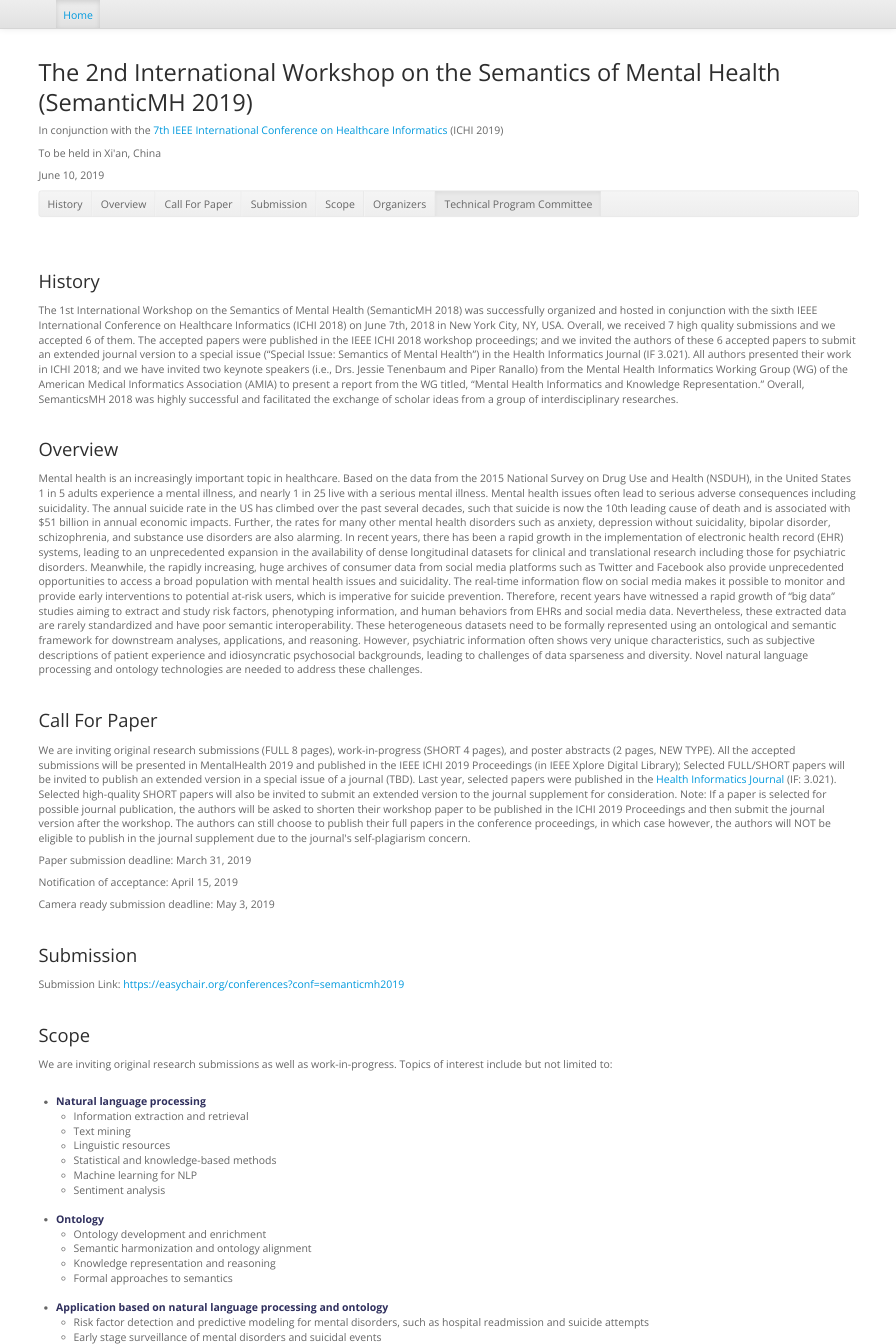
Repository: bianjiang/semantics-powered.org
Page: ISSWHR-2020/index.html
The author's editor kept a copy of each file at every save. The page is drawn from the files as they stood at one save, then again after a run of saves.
The browser window is 1280 px wide. The pictures show the part of the page from y = 0 to 1920 px (the page is 3041 px tall), at 70% of full size.
Some web libraries are served in a nearby version.

Above is the page before, as saved 2019-10-26 16:39:50.
Console error (its wording comes from the project's code and is left out).

### ISSWHR-2020/index.html
<!DOCTYPE html>
<!--[if lt IE 7]>      <html class="no-js lt-ie9 lt-ie8 lt-ie7"> <![endif]-->
<!--[if IE 7]>         <html class="no-js lt-ie9 lt-ie8"> <![endif]-->
<!--[if IE 8]>         <html class="no-js lt-ie9"> <![endif]-->
<!--[if gt IE 8]><!-->
<html class="no-js">
<!--<![endif]-->

<head>
  <meta charset="utf-8">
  <meta http-equiv="X-UA-Compatible" content="IE=edge,chrome=1">
  <title></title>
  <meta name="description" content="">
  <meta name="viewport" content="width=device-width">

  <link rel="stylesheet" href="css/bootstrap.min.css">
  <style>
    body {
      padding-top: 60px;
      padding-bottom: 40px;
    }
  </style>
  <link rel="stylesheet" href="css/bootstrap-responsive.min.css">
  <link rel="stylesheet" href="css/main.css">

  <script src="js/vendor/modernizr-2.6.2-respond-1.1.0.min.js"></script>
</head>

<body class="preview" id="top" data-spy="scroll" data-target=".subnav" data-offset="80">
  <!--[if lt IE 7]>
            <p class="chromeframe">You are using an <strong>outdated</strong> browser. Please <a href="http://browsehappy.com/">upgrade your browser</a> or <a href="http://www.google.com/chromeframe/?redirect=true">activate Google Chrome Frame</a> to improve your experience.</p>
        <![endif]-->

  <!-- This code is taken from http://twitter.github.com/bootstrap/examples/hero.html -->

  <div class="navbar navbar-fixed-top">
    <div class="navbar-inner">
      <div class="container">

        <a class="btn btn-navbar" data-toggle="collapse" data-target=".nav-collapse">
                        <span class="icon-bar"></span>
                        <span class="icon-bar"></span>
                        <span class="icon-bar"></span>
                    </a>
        <a class="brand" href="#">&nbsp;</a>
        <div class="nav-collapse collapse">
          <ul class="nav">
            <li class="active"><a href="#">Home</a></li>
            <!--
                            <li><a href="#aboutxx">About</a></li>
                            <li><a href="#contact">Contact</a></li>
                            -->
          </ul>
        </div>

      </div>

    </div>
  </div>

  <div class="container">

    <!-- Main hero unit for a primary marketing message or call to action -->
    <!--
            <div class="hero-unit">
                <h1>Hello, world!</h1>
                <p>This is a template for a simple marketing or informational website. It includes a large callout called the hero unit and three supporting pieces of content. Use it as a starting point to create something more unique.</p>
                <p><a class="btn btn-primary btn-large">Learn more &raquo;</a></p>
            </div>
            -->
    <!-- Masthead
================================================== -->
    <header class="jumbotron subhead" id="overview">
      <div class="row">
        <div class="span12">
          <br/>
          <h2>The 2nd International Workshop on the Semantics of Mental Health (SemanticMH 2019)</h2>
          <p>In conjunction with the <a href="http://www.ieee-ichi.org/" target="_blank">7th IEEE International Conference on Healthcare Informatics</a> (ICHI 2019)</p>
          <p>To be held in Xi'an, China</p>
          <p>June 10, 2019</p>
        </div>
        <div class="span6">
          <!--
      <div class="bsa well">
          <div id="bsap_1277971" class="bsarocks bsap_c466df00a3cd5ee8568b5c4983b6bb19"></div>
      </div>
    -->
        </div>
      </div>
      <div class="subnav">
        <ul class="nav nav-pills">
          <li><a href="#history">History</a></li>
          <li><a href="#overview">Overview</a></li>
          <!-- <li><a href="#audience">Audience</a></li> -->
          <li><a href="#callforpaper">Call For Paper</a></li>
          <li><a href="#submissions">Submission</a></li>
          <!-- <li><a href="#rational">Rational</a></li>
          <li><a href="#workshopstructure">Workshop Structure</a></li> -->
          <!-- <li><a href="#publicity">Publicity</a></li> -->
          <li><a href="#scope">Scope</a></li>
          <li><a href="#organizers">Organizers</a></li>
          <li><a href="#techprogcom">Technical Program Committee</a></li>
        </ul>
      </div>
    </header>

    <section id="History">
      <div class="row">
        <div class="span12">
          <h3>History</h3>
          <p>The 1st International Workshop on the Semantics of Mental Health (SemanticMH 2018) was successfully organized and hosted in conjunction with the sixth IEEE International Conference on Healthcare Informatics (ICHI 2018) on June 7th, 2018 in New York City, NY, USA.  Overall, we received 7 high quality submissions and we accepted 6 of them.  The accepted papers were published in the IEEE ICHI 2018 workshop proceedings; and we invited the authors of these 6 accepted papers to submit an extended journal version to a special issue (“Special Issue: Semantics of Mental Health”) in the Health Informatics Journal (IF 3.021).
           All authors presented their work in ICHI 2018; and we have invited two keynote speakers (i.e., Drs. Jessie Tenenbaum and Piper Ranallo) from the Mental Health Informatics Working Group (WG) of the American Medical Informatics Association (AMIA) to present a report from the WG titled, “Mental Health Informatics and Knowledge Representation.”  Overall, SemanticsMH 2018 was highly successful and facilitated the exchange of scholar ideas from a group of interdisciplinary researches.
        </p>
        </div>
      </div>
    </section>

    <section id="overview">
      <div class="row">
        <div class="span12">
          <h3>Overview</h3>
          <p>Mental health is an increasingly important topic in healthcare.  Based on the data from the 2015 National Survey on Drug Use and Health (NSDUH), in the United States 1 in 5 adults experience a mental illness, and nearly 1 in 25 live with a serious mental illness.  Mental health issues often lead to serious adverse consequences including suicidality.  The annual suicide rate in the US has climbed over the past several decades, such that suicide is now the 10th leading cause of death and is associated with $51 billion in annual economic impacts.  Further, the rates for many other mental health disorders such as anxiety, depression without suicidality, bipolar disorder, schizophrenia, and substance use disorders are also alarming.
          In recent years, there has been a rapid growth in the implementation of electronic health record (EHR) systems, leading to an unprecedented expansion in the availability of dense longitudinal datasets for clinical and translational research including those for psychiatric disorders.  Meanwhile, the rapidly increasing, huge archives of consumer data from social media platforms such as Twitter and Facebook also provide unprecedented opportunities to access a broad population with mental health issues and suicidality. The real-time information flow on social media makes it possible to monitor and provide early interventions to potential at-risk users, which is imperative for suicide prevention. Therefore, recent years have witnessed a rapid growth of “big data” studies aiming to extract and study risk factors, phenotyping information, and human behaviors from EHRs and social media data.  Nevertheless, these extracted data are rarely standardized and have poor semantic interoperability.  These heterogeneous datasets need to be formally represented using an ontological and semantic framework for downstream analyses, applications, and reasoning.  However, psychiatric information often shows very unique characteristics, such as subjective descriptions of patient experience and idiosyncratic psychosocial backgrounds, leading to challenges of data sparseness and diversity.  Novel natural language processing and ontology technologies are needed to address these challenges.

        </p>
        </div>
      </div>
    </section>

    <!-- <section id="audience">
      <div class="row">
        <div class="span12">
          <h3>Audience</h3>
          <p>The goal of this workshop is to bring experts in the field of natural language processing, knowledge representation, knowledge management, and health data analytics to discuss innovative analytical methods, applications, and tools to address problems in mental health.
        </p>
        </div>
      </div>
    </section> -->

    <section id="callforpaper">
      <div class="row">
        <div class="span12">
          <h3>Call For Paper</h3>
          <p>We are inviting original research submissions (FULL 8 pages), work-in-progress (SHORT 4 pages), and poster abstracts (2 pages, NEW TYPE).
              All the accepted submissions will be presented in MentalHealth 2019 and published in the IEEE ICHI 2019 Proceedings (in IEEE Xplore Digital Library); Selected FULL/SHORT papers will be invited to publish an extended version in a special issue of a journal (TBD).  Last year, selected papers were published in the <a href="http://journals.sagepub.com/home/jhi" target="_blank">Health Informatics Journal</a> (IF: 3.021). Selected high-quality SHORT papers will also be invited to submit an extended version to the journal supplement for consideration.
              Note: If a paper is selected for possible journal publication, the authors will be asked to shorten their workshop paper to be published in the ICHI 2019 Proceedings and then submit the journal version after the workshop. The authors can still choose to publish their full papers in the conference proceedings, in which case however, the authors will NOT be eligible to publish in the journal supplement due to the journal's self-plagiarism concern.
              <!-- <p>Paper submission deadline: March 15, 2019</p> -->
              <p>Paper submission deadline: March 31, 2019</p>
              <p>Notification of acceptance: April 15, 2019</p>
              <p>Camera ready submission deadline: May 3, 2019</p>
        </p>
        </div>
      </div>
    </section>

    <section id="submissions">
      <div class="row">
        <div class="span12">
          <h3>Submission</h3>
          <p>Submission Link: <a href="https://easychair.org/conferences?conf=semanticmh2019" target="_blank">https://easychair.org/conferences?conf=semanticmh2019</a></p>
        </div>
      </div>
    </section>
    <!-- <section id="rational">
      <div class="row">
        <div class="span12">
          <h3>Rational</h3>
          <p>Our proposed workshop aims to provide an international platform for the researchers and scientists in the mental health communities to demonstrate research progresses, share ideas, address questions, and promote collaborations for better representation and analysis of mental health-related terminologies and clinical and research data.
        </p>
        </div>
      </div>
    </section> -->

    <!-- <section id="workshopstructure">
      <div class="row">
        <div class="span12">
          <h3>Workshop Structure</h3>
          <p>We propose a half-day SemanticMH workshop for this year. We will arrange 3 hours for paper presentations and 1 hour for extensive discussions. Different sessions will be arranged based on the topics of presentations. Depending on the number of papers accepted for presentation, each paper presentation will be restricted to 10-25 minutes for a full-length paper, and 5-15 minutes for a short-length paper. All the papers will be submitted and handled through EasyChair and go through peer reviews by at least two reviewers. After the full papers are accepted, we will work with the Health Informatics editors and reviewers to decide which papers will be formally invited for extension to be included in a thematic series in the Health Informatics journal.
        </p>
        </div>
      </div>
    </section>


    <section id="publicity">
      <div class="row">
        <div class="span12">
          <h3>Publicity</h3>
          <p>Various methods will be used for advertisement, including: (i) posting in email mailing lists and through private emails; (ii) creating a workshop discussion email list address and using it for sharing news and posting, (iii) posting in influential websites, (iv) phone calls to colleagues and friends who may be interested, (v) generating a workshop website dedicated to this event, and inviting potential attendees to visit, and (vi) generating a social networking website in LinkedIn to attract public attention, participation, and discussion. The main difference between the workshop website and the LinkedIn website will be that the workshop website is dedicated for posting the workshop information, and the LinkedIn website is used for social networking.
        </p>
        </div>
      </div>
    </section> -->

    <section id="scope">

      <div class="row">
        <div class="span12">
          <h3>Scope</h3>
          <p>We are inviting original research submissions as well as work-in-progress.
            Topics of interest include but not limited to:
          </p>
          <br>
          <ul>
            <li>
              <b>Natural language processing</b>
              <ul>
                <li>Information extraction and retrieval </li>
                <li>Text mining</li>
                <li>Linguistic resources</li>
                <li>Statistical and knowledge-based methods</li>
                <li>Machine learning for NLP</li>
                <li>Sentiment analysis</li>
              </ul>
            </li>
            <br>
            <li>
              <b>Ontology</b>
              <ul>
                <li>Ontology development and enrichment </li>
                <li>Semantic harmonization and ontology alignment</li>
                <li>Knowledge representation and reasoning</li>
                <li>Formal approaches to semantics</li>
              </ul>
            </li>
            <br>
            <li>
              <b>Application based on natural language processing and ontology</b>
              <ul>
                <li>Risk factor detection and predictive modeling for mental disorders, such as hospital readmission and suicide attempts</li>
                <li>Early stage surveillance of mental disorders and suicidal events </li>
                <li>Algorithmic phenotyping and cohort identification </li>
              </ul>
            </li>
          </ul>


        </div>
      </div>
    </section>

    <section id="organizers">
      <div class="row">
        <div class="span12">
          <h3>Organizers</h3>
          <p><b>Jiang Bian, PhD</b>, Department of Health Outcomes & Biomedical Informatics, College of Medicine, University of Florida, Gainesville, Florida, USA</p>
          <p><b>Cui Tao, PhD</b>, School of Biomedical Informatics, The University of Texas Health Science Center, Houston, Texas, USA</p>
          <p><b>Jennifer Dahne, PhD</b>, Department of Psychiatry and Behavioral Sciences, Medical University of South Carolina, Charleston, South Carolina, USA</p>
          <p><b>Yaoyun Zhang, PhD</b>, School of Biomedical Informatics, University of Texas Health Center at Houston, USA</p></p>
          <p><b>Yi Guo, PhD</b>, Department of Health Outcomes & Biomedical Informatics, College of Medicine, University of Florida, Gainesville, Florida, USA</p></p>
        </div>
      </div>
    </section>

    <section id="techprogcom">
      <div class="row">
        <div class="span12">
          <h3>Technical Program Committee</h3>
          <p>Comming Soon...</p>
        </div>
      </div>
    </section>

    <section id="schedule">
      <div class="row">
        <div class="span12">
          <h3>Workshop Schedule</h3>
          <div>
            <style type="text/css">
              .tg  {border-collapse:collapse;border-spacing:0;}
              .tg td{font-family:Arial, sans-serif;font-size:14px;padding:10px 5px;border-style:solid;border-width:1px;overflow:hidden;word-break:normal;border-color:black;}
              .tg th{font-family:Arial, sans-serif;font-size:14px;font-weight:normal;padding:10px 5px;border-style:solid;border-width:1px;overflow:hidden;word-break:normal;border-color:black;}
              .tg .tg-s6z2{text-align:center}
              .tg .tg-baqh{text-align:center;vertical-align:top}
              .tg .tg-j8xs{font-weight:bold;font-size:18px;background-color:#c0c0c0;text-align:center;vertical-align:top}
              .tg .tg-hgcj{font-weight:bold;text-align:center}
              .tg .tg-amwm{font-weight:bold;text-align:center;vertical-align:top}
              .tg .tg-s268{text-align:left}
              .tg .tg-0lax{text-align:left;vertical-align:top}
              .tg .tg-8zwo{font-style:italic;text-align:left;vertical-align:top}
              </style>
              <table class="tg" style="undefined;table-layout:fixed;width:876px;">
              <colgroup>
              <col style="width: 141px">
              <col style="width: 609px">
              <col style="width: 126px">
              </colgroup>
                <tr>
                  <th class="tg-j8xs" colspan="3">The 2nd International Workshop on the Semantics of Mental Health</th>
                </tr>
                <tr>
                  <td class="tg-hgcj">Time</td>
                  <td class="tg-hgcj">Title</td>
                  <td class="tg-amwm">Presenter</td>
                </tr>
                <tr>
                  <td class="tg-s6z2">14:00 pm - 14:05 pm</td>
                  <td class="tg-s268">Introduction to the workshop</td>
                  <td class="tg-0lax"><a target="_blank" href="https://hobi.med.ufl.edu/about/faculty-directory-2/bian-jiang/">Jiang Bian, Ph.D.</a></td>
                </tr>
                <tr>
                  <td class="tg-s6z2">14:05 pm - 14:50 pm</td>
                  <td class="tg-s268">Keynote</td>
                  <td class="tg-0lax"><a target="_blank" href="https://dbe.med.upenn.edu/biostat-research/YongChen">Yong Chen, Ph.D.</a></td>
                </tr>
                <tr>
                  <td class="tg-baqh">14:50 pm - 15:10 pm</td>
                  <td class="tg-8zwo">Assessing depression risk in Chinese microblogs: a corpus and machine learning methods</td>
                  <td class="tg-0lax">Shuai Chen</td>
                </tr>
                <tr>
                  <td class="tg-baqh">15:10 pm - 15:30 pm</td>
                  <td class="tg-8zwo">Analysis of Twitter to Identify Topics Related to Eating Disorder Symptoms</td>
                  <td class="tg-0lax">Sicheng Zhou</td>
                </tr>
                <tr>
                  <td class="tg-baqh">15:30 pm - 16:00 pm</td>
                  <td class="tg-amwm">Coffee Break</td>
                  <td class="tg-0lax"></td>
                </tr>
                <tr>
                  <td class="tg-baqh">16:00 pm - 16:20 pm</td>
                  <td class="tg-8zwo">PSPS: A pharmacological substances prediction system based on biomedical literature,data</td>
                  <td class="tg-0lax">Jinhe Gao</td>
                </tr>
                <tr>
                  <td class="tg-baqh">16:20 pm - 16:40 pm</td>
                  <td class="tg-8zwo">Combining Clinical Data and Domain Knowledge for Analyzing Mental Disorder Concept Relatedness,and Usage</td>
                  <td class="tg-0lax">Dou Wei</td>
                </tr>
                <tr>
                  <td class="tg-baqh">16:40 pm - 17:00 pm</td>
                  <td class="tg-8zwo">STAT: A Web-based Semantic Text Annotation Tool to Assist Building Mental Health Knowledge Base</td>
                  <td class="tg-0lax">Xing He</td>
                </tr>
                <tr>
                  <td class="tg-baqh">17:00 pm - 17:20 pm</td>
                  <td class="tg-8zwo">Systematic Design of Drug Repurposing-oriented Alzheimer’s Disease Ontology</td>
                  <td class="tg-0lax">Cui Tao</td>
                </tr>
              </table>
          </div>
        </div>
      </div>
    </section>
    <hr>
    <h4><b>Contact:</b> Jiang Bian; <a href="mailto:bianjiang@ufl.edu">bianjiang@ufl.edu</a></h4>
    <footer>
      <p>&copy; SemanticMH 2019</p>
    </footer>

  </div>
  <!-- /container -->

  <script src="//ajax.googleapis.com/ajax/libs/jquery/1.9.1/jquery.min.js"></script>
  <script>
    window.jQuery || document.write('<script src="js/vendor/jquery-1.9.1.min.js"><\/script>')
  </script>

  <script src="js/vendor/bootstrap.min.js"></script>

  <script src="js/plugins.js"></script>
  <script src="js/main.js"></script>
  <script>
      (function (i, s, o, g, r, a, m) {
i['GoogleAnalyticsObject'] = r; i[r] = i[r] || function () {
        (i[r].q = i[r].q || []).push(arguments)
      }, i[r].l = 1 * new Date(); a = s.createElement(o),
        m = s.getElementsByTagName(o)[0]; a.async = 1; a.src = g; m.parentNode.insertBefore(a, m)
      })(window, document, 'script', 'https://www.google-analytics.com/analytics.js', 'ga');

    ga('create', 'UA-50982144-4', 'auto');
    ga('send', 'pageview');
  </script>
</body>

</html>

Loaded but not shown: ISSWHR-2020/css/bootstrap.min.css (library); ISSWHR-2020/css/bootstrap-responsive.min.css (library); ISSWHR-2020/js/vendor/modernizr-2.6.2-respond-1.1.0.min.js (library); ISSWHR-2020/js/vendor/bootstrap.min.js (library); ISSWHR-2020/js/main.js (95 lines, source omitted); ISSWHR-2020/js/plugins.js (24 lines, source omitted); ISSWHR-2020/css/main.css (463 lines, source omitted)

After the next 2 saves:
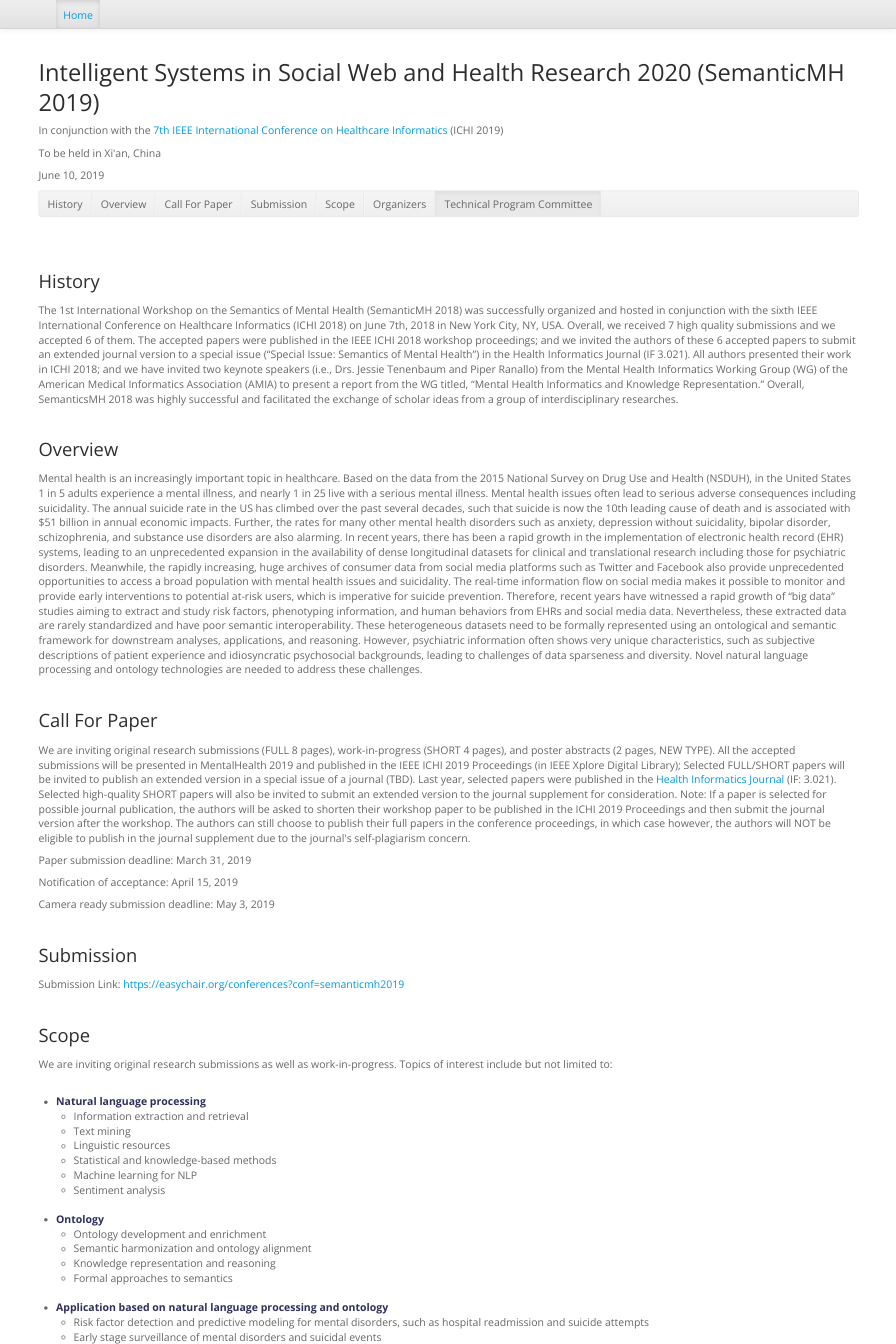
The 2 saves are shown as one change because they came seconds apart.
The last was saved 3 min 38 s later.
--- a/ISSWHR-2020/index.html
+++ b/ISSWHR-2020/index.html
@@ -74,7 +74,7 @@
       <div class="row">
         <div class="span12">
           <br/>
-          <h2>The 2nd International Workshop on the Semantics of Mental Health (SemanticMH 2019)</h2>
+          <h2>Intelligent Systems in Social Web and Health Research 2020            (SemanticMH 2019)</h2>
           <p>In conjunction with the <a href="http://www.ieee-ichi.org/" target="_blank">7th IEEE International Conference on Healthcare Informatics</a> (ICHI 2019)</p>
           <p>To be held in Xi'an, China</p>
           <p>June 10, 2019</p>
